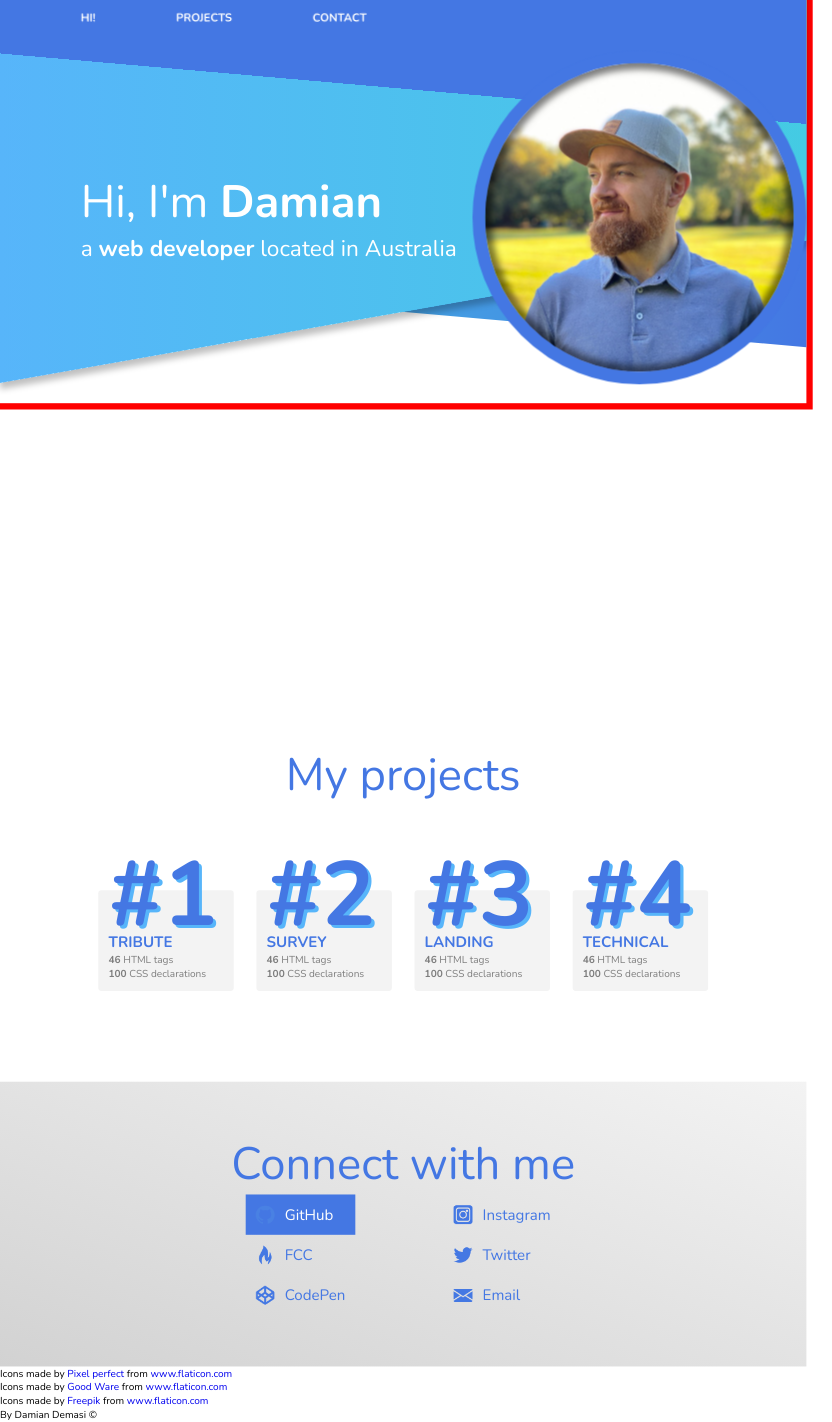
Repository: Colo-Codes/freecodecamp-05-Personal-Portfolio-Webpage
Page: index.html
These files come from the project's save history. The page is drawn as it stood at one moment and after the next save; the edit follows.
The browser window is 1280 px wide. The page is 1320 px wide, so the pictures cover 1320 px, including what lies to the right of the window. The pictures show the whole page, at 63% of full size.
The pointer rests on the first visible `.contact-networks-col a`.

Above is the page before, as saved 2021-06-04 06:46:45.

After the next save:
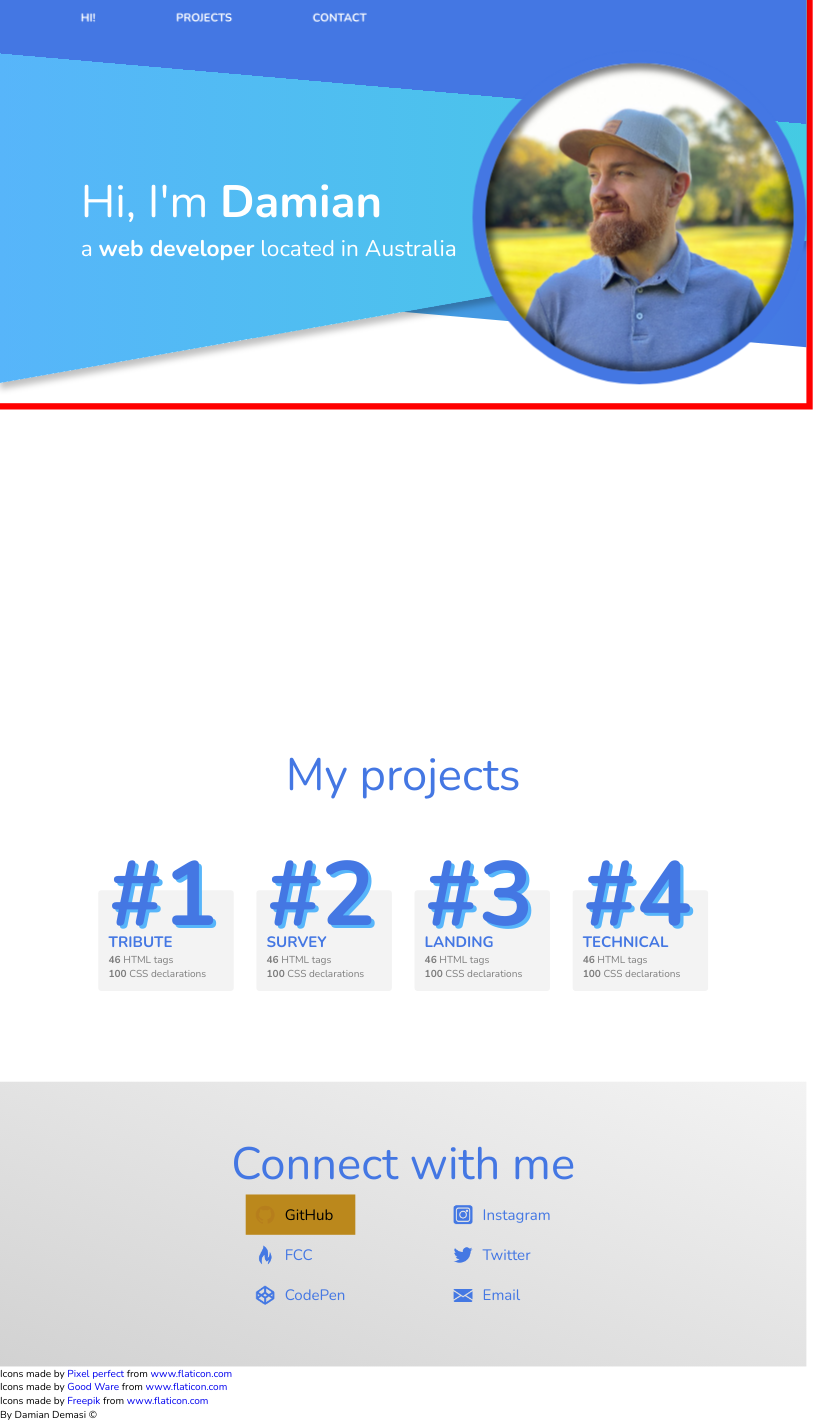
Saved 18 s later.
--- a/css/index.css
+++ b/css/index.css
@@ -283,6 +283,8 @@
 .contact-networks-col a:hover, .contact-networks-col a:active {
     color: white;
     background-color: #4477E3;
+    filter: invert(1);
+
 }
 
 .contact-networks-col img {

After the save that followed:
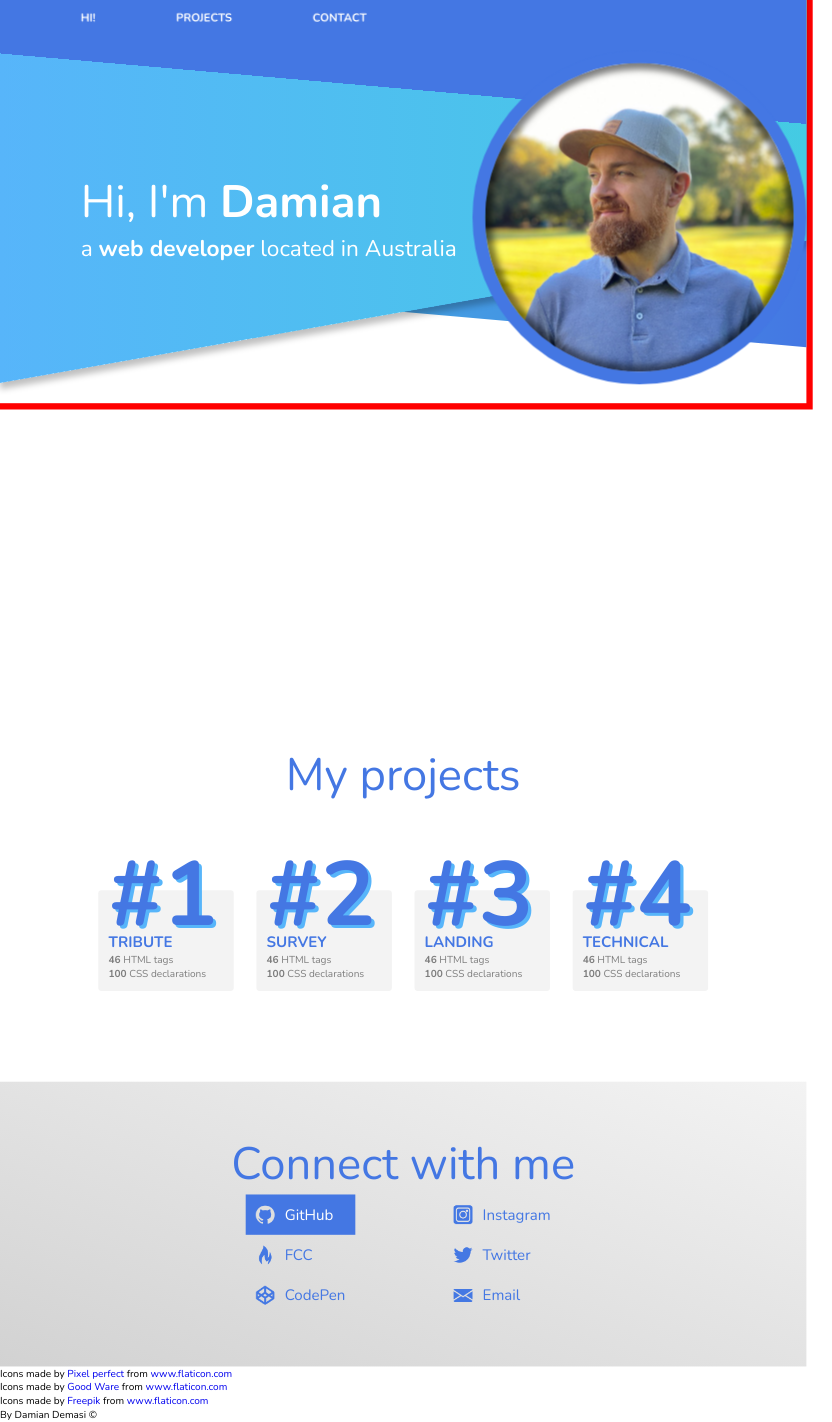
Saved 36 s later.
--- a/css/index.css
+++ b/css/index.css
@@ -283,8 +283,9 @@
 .contact-networks-col a:hover, .contact-networks-col a:active {
     color: white;
     background-color: #4477E3;
+}
+.contact-networks-col a:hover img, .contact-networks-col a:active img {
     filter: invert(1);
-
 }
 
 .contact-networks-col img {
